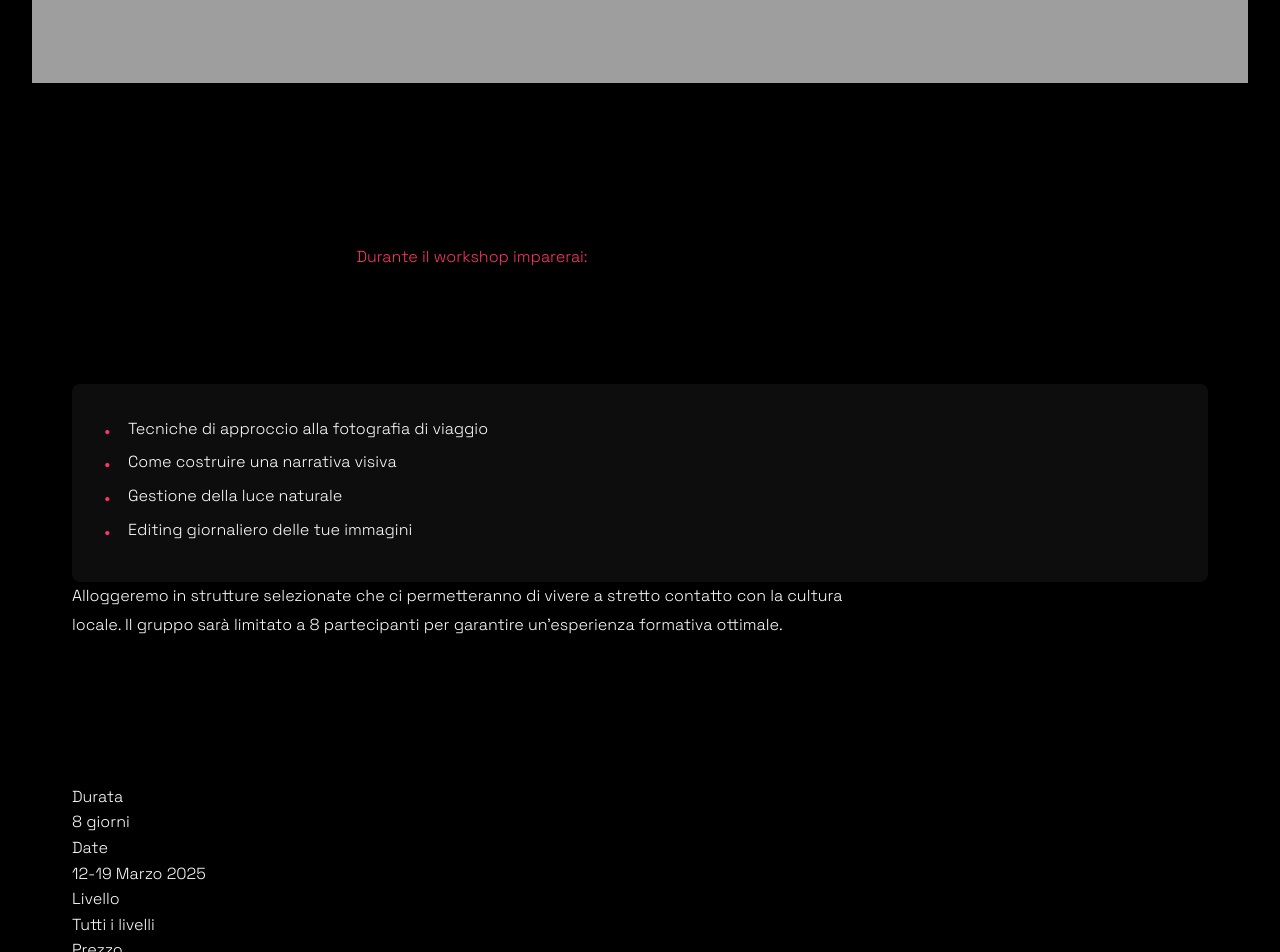
Repository: philipkdpavkia/photo-auto
Page: wdcuba.html
The author's editor kept a copy of each file at every save. The page is drawn from the files as they stood at one save, then again after the next save.
The browser window is 1280 px wide. The pictures show the part of the page from y = 585 to 1537 px (the page is 1730 px tall before and 1465 px after).
Pictures or frames that could not be fetched are drawn as grey boxes.

Above is the page before, as saved 2024-11-14 23:22:27.

### wdcuba.html
<!DOCTYPE html>
<html lang="en">
<head>
    <meta charset="UTF-8">
    <title>Cuba Photography Workshop 2024-2025 | Francesco Pavia</title>
    <meta name="description" content="Photography workshop in Cuba with Francesco Pavia. Explore Havana and Trinidad through photography. 2024-2025 dates, small groups, all levels welcome.">
    <link rel="canonical" href="https://francescopavia.org/workshop/cuba" />
    <link rel="stylesheet" href="https://cdnjs.cloudflare.com/ajax/libs/font-awesome/6.0.0/css/all.min.css">
    <link rel="stylesheet" href="/css/style.css">
    <script src="/language.js"></script>

    <script type="application/ld+json">
    {
      "@context": "https://schema.org",
      "@type": "Event",
      "name": "Cuba Photography Workshop - Havana City Life",
      "description": "Photography workshop in Cuba with Francesco Pavia",
      "startDate": "2025-03-12",
      "endDate": "2025-03-19",
      "organizer": {
        "@type": "Person",
        "name": "Francesco Pavia"
      },
      "eventStatus": "https://schema.org/ScheduledEvent",
      "eventAttendanceMode": "https://schema.org/OfflineEventAttendanceMode",
      "location": {
        "@type": "Place",
        "name": "Havana, Cuba"
      },
      "offers": {
        "@type": "Offer",
        "price": "2000",
        "priceCurrency": "EUR"
      }
    }
    </script>
</head>
<body>
    <header class="header">
        <nav class="nav">
            <a class="logo" href="#">FP PHOTO WORKSHOP</a>
            <button id="langSwitch" class="lang-switch" onclick="switchLanguage()">EN</button>
            <div class="nav-links">
                <a href="index.html" data-i18n="workshops.cuba.back">BACK</a>
                <a href="https://instagram.com/fpphotoworkshop" target="_blank" class="instagram-link">
                    <i class="fab fa-instagram"></i>
                </a>
            </div>
        </nav>
    </header>

    <main>
        <section class="hero">
            <div class="workshop-link">
                <img alt="Havana Life" src="images/cuba/cub.jpg" class="workshop-hero"/>
                <div class="workshop-text">
                    <h1 data-i18n="workshops.cuba.title">Havana City Life</h1>
                    <p data-i18n="workshops.cuba.description">
                        An 8-day photographic journey discovering Havana city, its traditions and its people.
                    </p>
                </div>
            </div>
        </section>

        <section class="about">
            <div class="workshop-content">
                <p data-i18n="workshops.cuba.learn" class="section-title">During the workshop you will learn:</p>
                <div class="philosophy">
                    <ul>
                        <li data-i18n="workshops.cuba.technique1">Travel photography approach techniques</li>
                        <li data-i18n="workshops.cuba.technique2">How to build a visual narrative</li>
                        <li data-i18n="workshops.cuba.technique3">Natural light management</li>
                        <li data-i18n="workshops.cuba.technique4">Daily editing of your images</li>
                    </ul>
                </div>
                <p data-i18n="workshops.cuba.accommodation">
                    We will stay in selected accommodations that will allow us to experience local culture up close.
                    The group will be limited to 8 participants to ensure an optimal learning experience.
                </p>
            </div>
        </section>

        <section class="contact">
            <div class="workshop-sidebar">
                <div class="info-block">
                    <div class="info-label" data-i18n="workshops.cuba.duration">Duration</div>
                    <div class="info-value" data-i18n="workshops.cuba.duration_value">8 days</div>
                </div>
                <div class="info-block">
                    <div class="info-label" data-i18n="workshops.cuba.dates">Dates</div>
                    <div class="info-value" data-i18n="workshops.cuba.dates_value">March 12-19, 2025</div>
                </div>
                <div class="info-block">
                    <div class="info-label" data-i18n="workshops.cuba.level">Level</div>
                    <div class="info-value" data-i18n="workshops.cuba.level_value">All levels</div>
                </div>
                <div class="info-block">
                    <div class="info-label" data-i18n="workshops.cuba.price">Price</div>
                    <div class="info-value" data-i18n="workshops.cuba.price_value">€2,000</div>
                </div>
                <div class="info-block">
                    <div class="info-label" data-i18n="workshops.cuba.spots">Available spots</div>
                    <div class="info-value" data-i18n="workshops.cuba.spots_value">6/8</div>
                </div>
                <a href="iscrizione.html?workshop=cuba" class="workshop-button" data-i18n="workshops.cuba.book">Book Now</a>
            </div>
        </section>
    </main>
</body>
</html>

### css/style.css
@font-face {
    font-family: 'Space Grotesk';
    src: url('/fonts/SpaceGrotesk-Light.woff2') format('woff2');
    font-weight: 300;
    font-display: swap;
}

@font-face {
    font-family: 'Space Grotesk';
    src: url('/fonts/SpaceGrotesk-Bold.woff2') format('woff2');
    font-weight: 700;
    font-display: swap;
}

:root {
    --primary: #ffffff;
    --background: #000000;
    --accent: #ff3366;
    --transition: all 0.4s ease;
    --overlay-bg: rgba(0, 0, 0, 0.4);
    --hover-bg: rgba(0, 0, 0, 0.6);
}

html {
    scroll-behavior: smooth;
}

* {
    margin: 0;
    padding: 0;
    box-sizing: border-box;
}

body {
    background: var(--background);
    color: var(--primary);
    font-family: 'Space Grotesk', sans-serif;
    line-height: 1.6;
    overflow-x: hidden;
}

/* Header e navigazione */
.header {
    position: fixed;
    top: 0;
    left: 0;
    right: 0;
    padding: 1rem 2rem;
    background: rgba(0, 0, 0, 0.95);
    backdrop-filter: blur(10px);
    -webkit-backdrop-filter: blur(10px);
    z-index: 1000;
    border-bottom: 1px solid rgba(255, 255, 255, 0.1);
}

.nav {
    display: flex;
    justify-content: space-between;
    align-items: center;
    max-width: 1400px;
    margin: 0 auto;
}

.logo {
    font-weight: 700;
    font-size: 1.2rem;
    color: var(--primary);
    text-decoration: none;
    transition: var(--transition);
}

.logo:hover {
    color: var(--accent);
}

.nav-links {
    display: flex;
    gap: 2.5rem;
}

.nav-links a {
    color: var(--primary);
    text-decoration: none;
    font-size: 1rem;
    text-transform: uppercase;
    transition: var(--transition);
    padding: 0.5rem 1rem;
    border-radius: 4px;
}

.nav-links a:hover {
    color: var(--accent);
    background: rgba(255, 51, 102, 0.1);
}

.instagram-link {
    color: var(--primary);
    font-size: 1.5rem;
    transition: var(--transition);
}

.instagram-link:hover {
    color: var(--accent);
    transform: scale(1.1);
}

/* Language Switcher */
.lang-switch {
    position: fixed;
    top: 1rem;
    right: 1rem;
    background: var(--accent);
    color: var(--primary);
    border: none;
    padding: 0.5rem 1rem;
    border-radius: 4px;
    cursor: pointer;
    font-family: 'Space Grotesk', sans-serif;
    font-weight: 700;
    z-index: 1001;
    transition: var(--transition);
}

.lang-switch:hover {
    transform: translateY(-2px);
    box-shadow: 0 2px 8px rgba(255, 51, 102, 0.4);
    background: #ff1f57;
}

/* Hero Section */
.hero {
    margin-top: 60px;
    display: flex;
    flex-direction: column;
    gap: 2rem;
    padding: 2rem;
}

.workshop-link {
    display: block;
    position: relative;
    width: 100%;
    height: 80vh;
    overflow: hidden;
    transition: var(--transition);
}

.workshop-link:hover img {
    transform: scale(1.05);
}

.workshop-link img {
    width: 100%;
    height: 100%;
    object-fit: cover;
    transition: transform 0.6s ease-in-out;
}

.workshop-text {
    position: absolute;
    top: 50%;
    left: 50%;
    transform: translate(-50%, -50%);
    text-align: center;
    z-index: 2;
    width: 100%;
    padding: 0 1rem;
}

.workshop-text h2 {
    font-size: 4rem;
    color: var(--accent);
    margin-bottom: 1rem;
    font-weight: normal;
    background: var(--overlay-bg);
    padding: 0.5rem;
    border-radius: 4px;
    display: inline-block;
    transition: var(--transition);
}

.workshop-link:hover .workshop-text h2 {
    background: var(--hover-bg);
    transform: translateY(-5px);
}

.workshop-text p {
    font-size: 1.5rem;
    color: var(--primary);
    text-shadow: 2px 2px 4px rgba(0, 0, 0, 0.8);
    background: var(--overlay-bg);
    padding: 0.5rem;
    border-radius: 4px;
    display: inline-block;
    transition: var(--transition);
}

.workshop-link:hover .workshop-text p {
    background: var(--hover-bg);
    transform: translateY(5px);
}

/* Section Titles */
.section-title {
    text-align: center;
    font-size: 4rem;
    padding: 4rem 0;
    font-weight: normal;
    color: var(--accent);
}

/* Gallery */
.gallery {
    display: grid;
    grid-template-columns: repeat(3, 1fr);
    gap: 1rem;
    padding: 0 1rem;
}

.gallery-item {
    aspect-ratio: 4/3;
    overflow: hidden;
    border-radius: 4px;
    transition: var(--transition);
}

.gallery-item:hover {
    transform: translateY(-5px);
    box-shadow: 0 5px 15px rgba(0, 0, 0, 0.3);
}

.gallery-item img {
    width: 100%;
    height: 100%;
    object-fit: cover;
    transition: transform 0.6s ease-in-out;
}

.gallery-item:hover img {
    transform: scale(1.1);
}

/* About Section */
.about {
    padding: 4rem 2rem;
    max-width: 1200px;
    margin: 0 auto;
}

.about h2 {
    font-size: 2rem;
    font-weight: normal;
    margin-bottom: 2rem;
    text-transform: uppercase;
    color: var(--accent);
}

.about p {
    font-size: 1rem;
    max-width: 800px;
    margin-bottom: 1rem;
    line-height: 1.8;
}

/* Philosophy Section */
.philosophy {
    margin-top: 3rem;
    padding: 2rem;
    background: rgba(255, 255, 255, 0.05);
    border-radius: 8px;
}

.philosophy h3 {
    font-size: 1.5rem;
    font-weight: normal;
    margin-bottom: 1rem;
    text-transform: uppercase;
    color: var(--accent);
}

.philosophy ul {
    list-style: none;
}

.philosophy li {
    font-size: 1rem;
    margin-bottom: 0.5rem;
    padding-left: 1.5rem;
    position: relative;
}

.philosophy li::before {
    content: "•";
    color: var(--accent);
    position: absolute;
    left: 0;
    font-size: 1.2em;
}

/* Contact Section */
.contact {
    padding: 4rem 2rem;
    max-width: 1200px;
    margin: 0 auto;
}

.contact h2 {
    font-size: 2rem;
    font-weight: normal;
    margin-bottom: 2rem;
    text-transform: uppercase;
    color: var(--accent);
}

.contact-section {
    margin-bottom: 2rem;
    padding: 2rem;
    background: rgba(255, 255, 255, 0.05);
    border-radius: 8px;
    transition: var(--transition);
}

.contact-section:hover {
    background: rgba(255, 255, 255, 0.08);
    transform: translateY(-2px);
}

.contact-section h3 {
    font-size: 1.5rem;
    font-weight: normal;
    margin-bottom: 1rem;
    text-transform: uppercase;
}

.contact-section p {
    margin-bottom: 0.5rem;
}

.contact-section a {
    color: var(--accent);
    text-decoration: none;
    transition: var(--transition);
    display: inline-block;
}

.contact-section a:hover {
    text-decoration: none;
    transform: translateX(5px);
}
/* Workshop Button */
.workshop-button {
    display: inline-block;
    width: 100%;
    padding: 0.5rem 1rem;
    background: var(--accent);
    color: var(--primary);
    border: none;
    border-radius: 4px;
    cursor: pointer;
    font-family: 'Space Grotesk', sans-serif;
    font-weight: 700;
    text-align: center;
    text-decoration: none;
    transition: var(--transition);
}

.workshop-button:hover {
    transform: translateY(-2px);
    box-shadow: 0 2px 8px rgba(255, 51, 102, 0.4);
    background: #ff1f57;
}

/* Media Queries */
@media screen and (max-width: 720px) {
    .nav {
        flex-direction: column;
        gap: 1rem;
    }

    .logo {
        font-size: 1rem;
    }

    .nav-links {
        display: flex;
        position: fixed;
        bottom: 0;
        left: 0;
        right: 0;
        background: rgba(0, 0, 0, 0.95);
        backdrop-filter: blur(10px);
        -webkit-backdrop-filter: blur(10px);
        padding: 1rem;
        justify-content: center;
        border-top: 1px solid rgba(255, 255, 255, 0.1);
    }

    .nav-links a {
        font-size: 0.9rem;
        padding: 0.3rem 0.6rem;
    }

    .instagram-link {
        font-size: 1.2rem;
    }

    .workshop-text h2 {
        font-size: 2rem;
    }

    .workshop-text p {
        font-size: 1rem;
    }

    .section-title {
        font-size: 2.5rem;
    }

    .gallery {
        grid-template-columns: 1fr;
    }

    .workshop-link {
        height: 50vh;
    }

    .about h2,
    .contact h2 {
        font-size: 1.5rem;
    }

    .about p {
        font-size: 0.9rem;
    }

    .philosophy h3,
    .contact-section h3 {
        font-size: 1.2rem;
    }

    .lang-switch {
        position: absolute;
        top: 1rem;
        right: 1rem;
        padding: 0.4rem 0.8rem;
        font-size: 0.9rem;
    }

    .about,
    .contact {
        padding: 2rem 1rem;
    }

    .philosophy,
    .contact-section {
        padding: 1rem;
    }
}

### language.js
// Gestione della lingua
let currentLang = localStorage.getItem('lang') || 'it';
const translations = {}; // Qui importeremo il JSON delle traduzioni

async function loadTranslations() {
    try {
        const response = await fetch('/translations.json');
        Object.assign(translations, await response.json());
        updateContent();
    } catch (error) {
        console.error('Error loading translations:', error);
    }
}

function switchLanguage() {
    currentLang = currentLang === 'it' ? 'en' : 'it';
    localStorage.setItem('lang', currentLang);
    updateContent();
    updateLangButton();
}

function updateLangButton() {
    const button = document.getElementById('langSwitch');
    button.textContent = currentLang === 'it' ? 'EN' : 'IT';
}

function updateContent() {
    const elements = document.querySelectorAll('[data-i18n]');
    elements.forEach(element => {
        const key = element.dataset.i18n;
        const keys = key.split('.');
        let value = translations[currentLang];
        keys.forEach(k => {
            value = value[k];
        });
        if (value) element.textContent = value;
    });
}

// Inizializza quando il DOM è caricato
document.addEventListener('DOMContentLoaded', () => {
    loadTranslations();
    updateLangButton();
});

Loaded but not shown: translations.json (243 lines, source omitted)

After the next save:
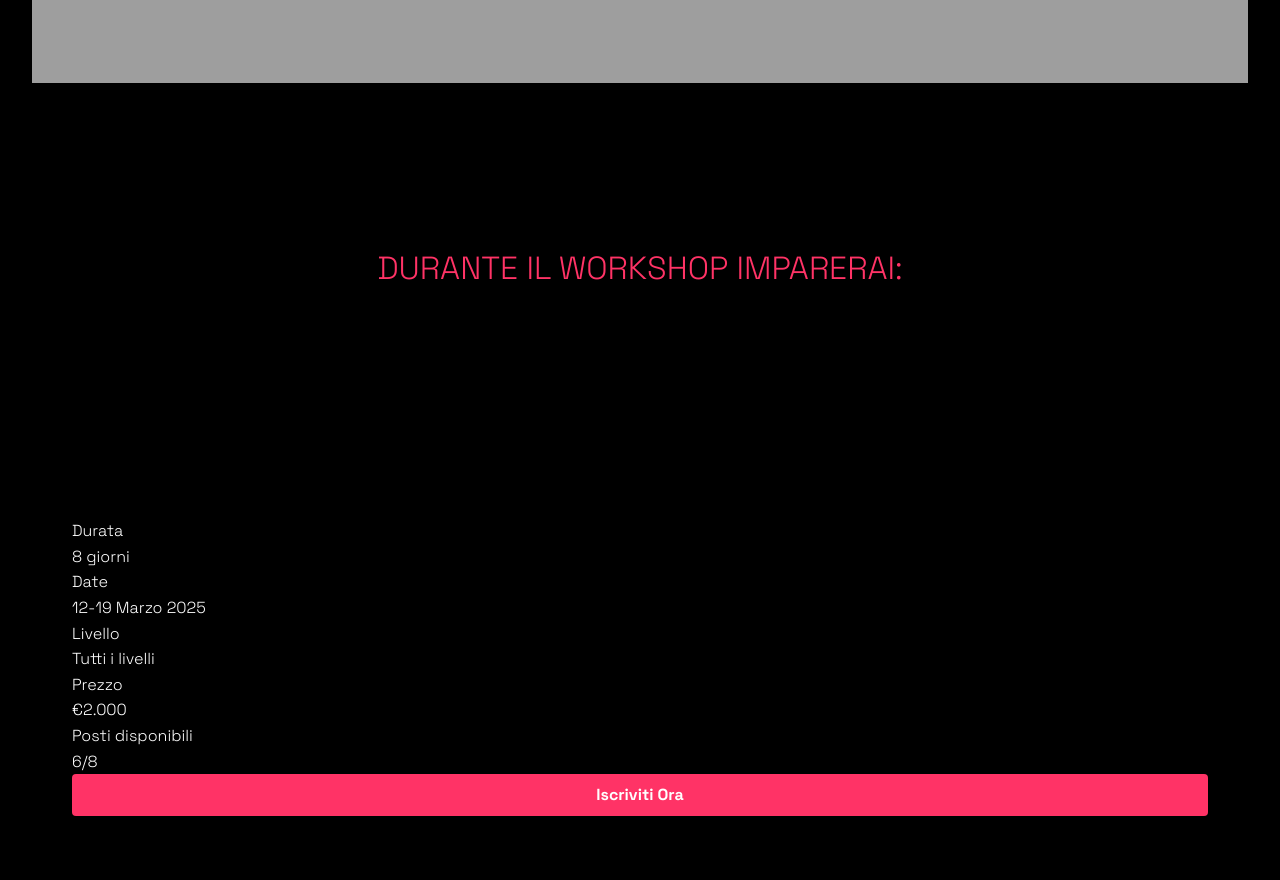
Saved 3 min 7 s later.
--- a/wdcuba.html
+++ b/wdcuba.html
@@ -64,7 +64,7 @@
 
         <section class="about">
             <div class="workshop-content">
-                <p data-i18n="workshops.cuba.learn" class="section-title">During the workshop you will learn:</p>
+                <h2 data-i18n="workshops.cuba.learn" class="section-title">During the workshop you will learn:</p>
                 <div class="philosophy">
                     <ul>
                         <li data-i18n="workshops.cuba.technique1">Travel photography approach techniques</li>
